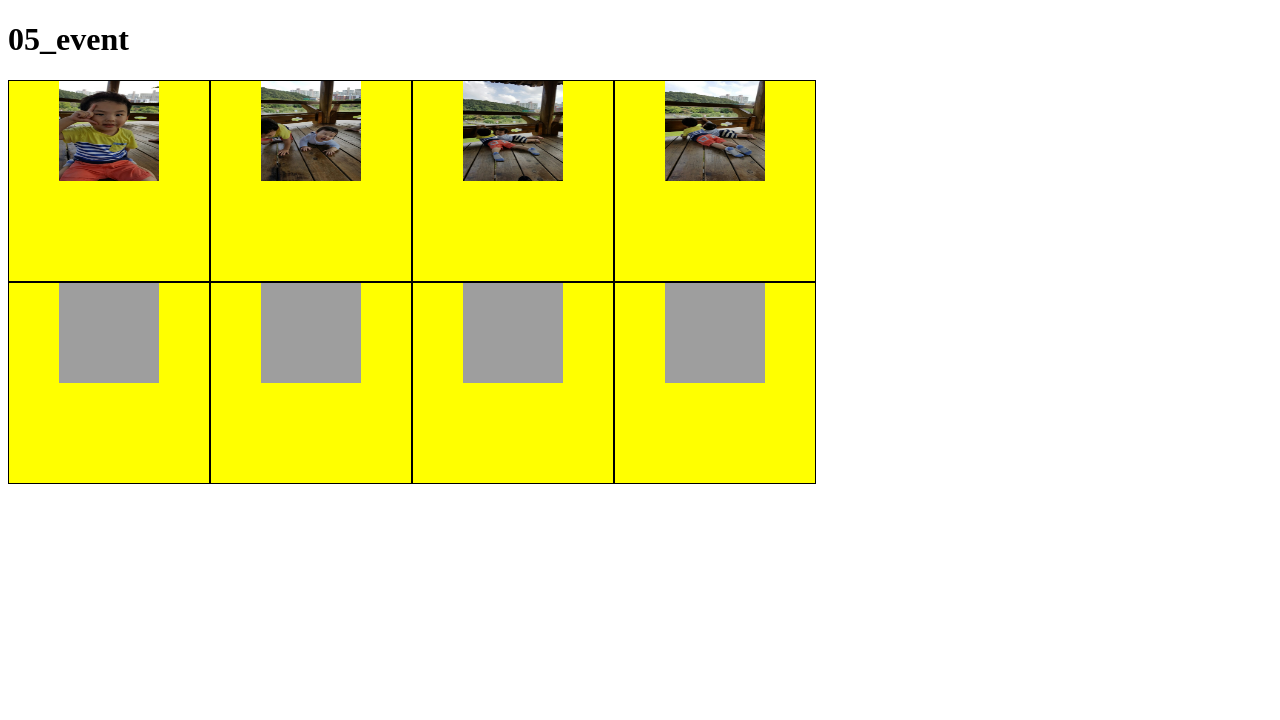
Repository: psun2/Korea-IT-Academy
Page: (back up) _ 오전/study_a/web_work/scriptProj/WebContent/dom/05_event.html
An editor plug-in stored every save of this project. The page is shown before and after the next save, followed by the edit.
The browser window is 1280 px wide. The pictures show the whole page.
Pictures or frames that could not be fetched are drawn as grey boxes.

Above is the page before, as saved 2020-08-06 01:18:04.

After the next save:
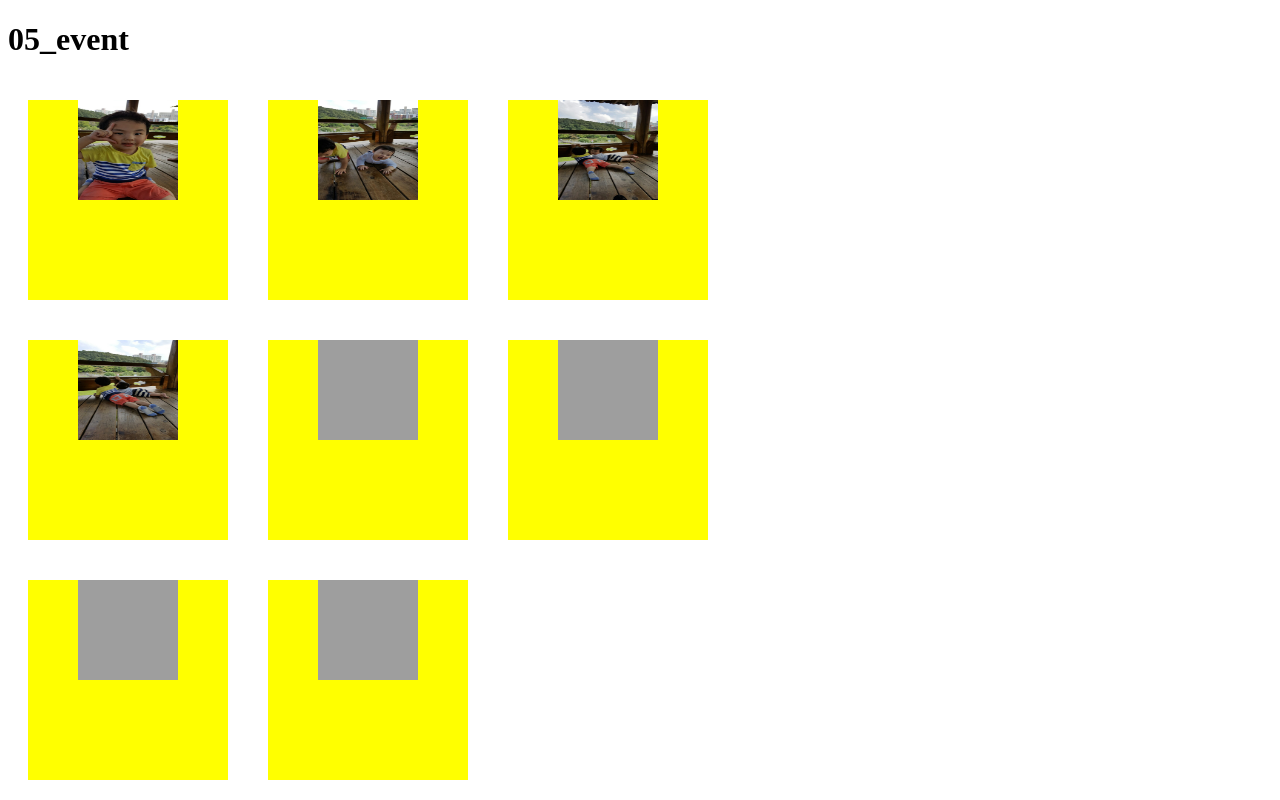
Saved 29 s later.
--- a/(back up) _ 오전/study_a/web_work/scriptProj/WebContent/dom/05_event.html
+++ b/(back up) _ 오전/study_a/web_work/scriptProj/WebContent/dom/05_event.html
@@ -10,7 +10,7 @@
 		float: left;
 		background: #ff0;
 		transition-duration:0.5s;
-		border: 1px solid #000;
+		margin:20px;
 	}
 
 	 img{
